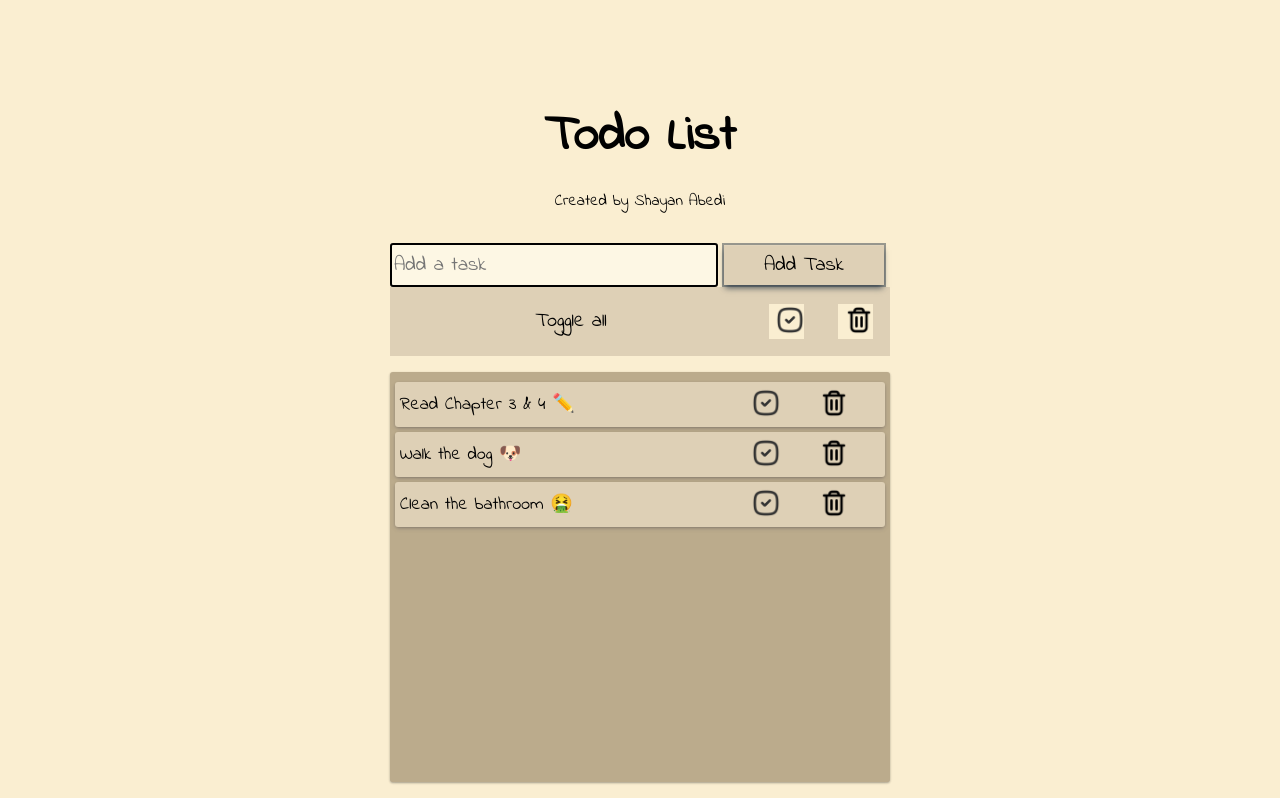
Repository: shayanabedi98/todo-list
Page: /
The author's editor kept a copy of each file at every save. The page is drawn from the files as they stood at one save, then again after the next save.
The browser window is 1280 px wide. The pictures show the whole page.
The project was rebuilt for these pictures with package versions that can differ from the ones it lists, and the page was loaded fresh each time. Also part of the build but not shown: vite.config.js.

Above is the page before, as saved 2023-12-30 17:27:50.

After the next save:
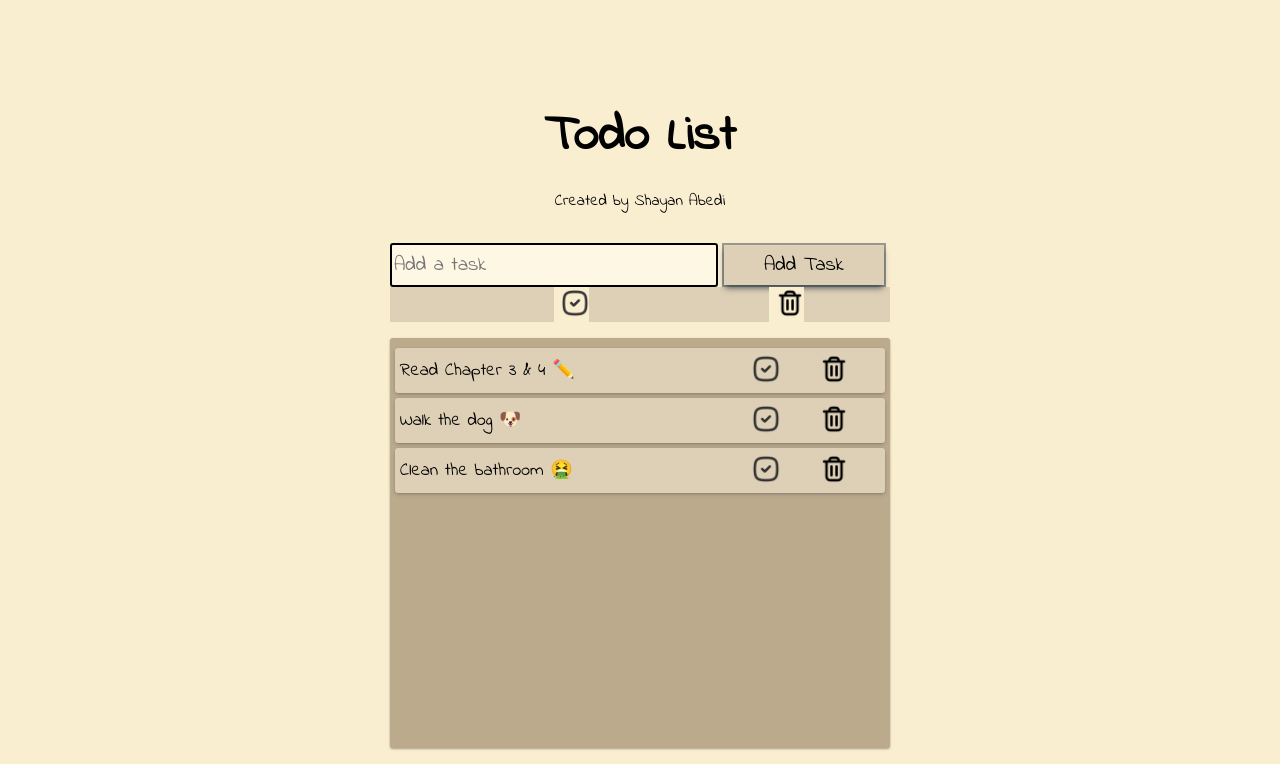
Saved 21 s later.
--- a/src/AffectAll.jsx
+++ b/src/AffectAll.jsx
@@ -5,9 +5,6 @@ import check from "./assets/check.png";
 const AffectAll = ({ clearAll, completeAll }) => {
   return (
     <div className="affect-all">
-      <div className="affect-all-text">
-        <p>Toggle all</p>
-      </div>
       <button onClick={completeAll}>
         <img src={check} alt="" />
       </button>
